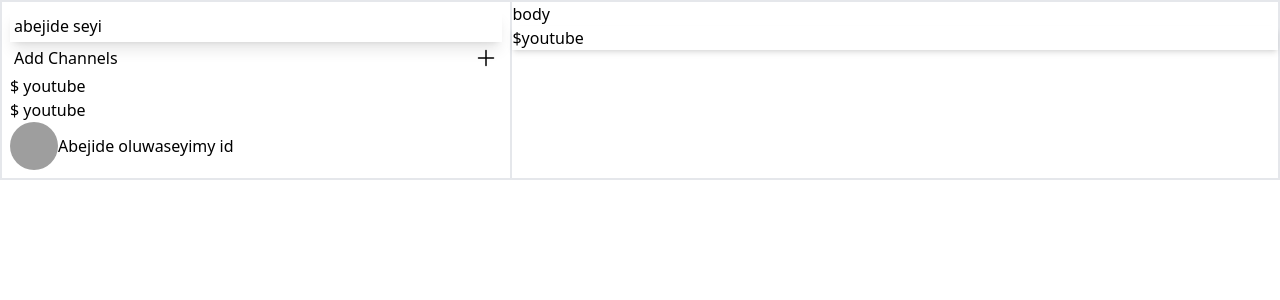
Repository: Semanmernstack/chat-mini
Page: /
These files come from the project's save history. The page is drawn as it stood at one moment and after the next save; the edit follows.
The browser window is 1280 px wide. The pictures show the whole page.
Pictures or frames that could not be fetched are drawn as grey boxes. The project was rebuilt for these pictures with package versions that can differ from the ones it lists, and the page was loaded fresh each time. Also part of the build but not shown: src/features/counter/Counter.module.css, src/features/counter/Counter.js.

Above is the page before, as saved 2022-11-14 06:38:17.

### src/App.js
import React from 'react';
import logo from './logo.svg';
import { Counter } from './features/counter/Counter';
import Sidebar from './Sidebar';
import Body from './Body';


function App() {
  return (

    <div className="flex     max-w-screen-xl mx-auto border-2">


      <div className=" flex-[0.4]">
        <Sidebar/>
      </div>
      <div className=" flex-[0.6]">
        <Body/>
      </div>
    </div>
  );
}

export default App;

### src/features/counter/counterSlice.js
import { createAsyncThunk, createSlice } from '@reduxjs/toolkit';
import { fetchCount } from './counterAPI';

const initialState = {
  value: 0,
  status: 'idle',
};

// The function below is called a thunk and allows us to perform async logic. It
// can be dispatched like a regular action: `dispatch(incrementAsync(10))`. This
// will call the thunk with the `dispatch` function as the first argument. Async
// code can then be executed and other actions can be dispatched. Thunks are
// typically used to make async requests.
export const incrementAsync = createAsyncThunk(
  'counter/fetchCount',
  async (amount) => {
    const response = await fetchCount(amount);
    // The value we return becomes the `fulfilled` action payload
    return response.data;
  }
);

export const counterSlice = createSlice({
  name: 'counter',
  initialState,
  // The `reducers` field lets us define reducers and generate associated actions
  reducers: {
    increment: (state) => {
      // Redux Toolkit allows us to write "mutating" logic in reducers. It
      // doesn't actually mutate the state because it uses the Immer library,
      // which detects changes to a "draft state" and produces a brand new
      // immutable state based off those changes
      state.value += 1;
    },
    decrement: (state) => {
      state.value -= 1;
    },
    // Use the PayloadAction type to declare the contents of `action.payload`
    incrementByAmount: (state, action) => {
      state.value += action.payload;
    },
  },
  // The `extraReducers` field lets the slice handle actions defined elsewhere,
  // including actions generated by createAsyncThunk or in other slices.
  extraReducers: (builder) => {
    builder
      .addCase(incrementAsync.pending, (state) => {
        state.status = 'loading';
      })
      .addCase(incrementAsync.fulfilled, (state, action) => {
        state.status = 'idle';
        state.value += action.payload;
      });
  },
});

export const { increment, decrement, incrementByAmount } = counterSlice.actions;

// The function below is called a selector and allows us to select a value from
// the state. Selectors can also be defined inline where they're used instead of
// in the slice file. For example: `useSelector((state: RootState) => state.counter.value)`
export const selectCount = (state) => state.counter.value;

// We can also write thunks by hand, which may contain both sync and async logic.
// Here's an example of conditionally dispatching actions based on current state.
export const incrementIfOdd = (amount) => (dispatch, getState) => {
  const currentValue = selectCount(getState());
  if (currentValue % 2 === 1) {
    dispatch(incrementByAmount(amount));
  }
};

export default counterSlice.reducer;

### src/Sidebar.js
import React from 'react'
import Sidebarlist from './app/Sidebarlist'

function Sidebar() {
  return (
    <div className="flex flex-col   border-r-2 p-2 ">
        <div   >
        <div className="shadow-lg p-1">
            <h1>abejide seyi</h1>
        </div>
        <div  className="flex p-1  flex-1  items-center justify-between">
           <h1>Add Channels</h1>
           <svg xmlns="http://www.w3.org/2000/svg" fill="none" viewBox="0 0 24 24" strokeWidth={1.5} stroke="currentColor" className="w-6 h-6">
                <path strokeLinecap="round" strokeLinejoin="round" d="M12 4.5v15m7.5-7.5h-15" />
            </svg>
        </div>
        <div  >
        <Sidebarlist/>
        <Sidebarlist/>


        </div>
        <div className=" flex items-center sp">
            <img className="h-12 w-12 rounded-full"   src="https://cdn.pixabay.com/photo/2022/10/17/15/55/meditate-7528123__340.jpg" alt="img" />
            <h3>Abejide oluwaseyi</h3>
            <span>my id</span>
        </div>

        </div>


    </div>
  )
}

export default Sidebar

### src/Body.js
import React from 'react'
import BodyHeader from './BodyHeader'

function Body() {
  return (
    <div className="flex flex-col ">
        <h1>body</h1>
        <BodyHeader/>
    </div>
  )
}

export default Body

### src/app/Sidebarlist.js
import React from 'react'

function Sidebarlist() {
  return (
    <div className="flex items-center justify-between">
        <h2>
         $   <span>youtube</span>
        </h2>
    </div>
  )
}

export default Sidebarlist

### src/BodyHeader.js
import React from 'react'

function BodyHeader() {
  return (
    <div>
        <div className="shadow-md">
            <h1 >$youtube</h1>

        </div>
    </div>
  )
}

export default BodyHeader

Loaded but not shown: public/index.html (common file); src/index.js (common file); src/app/store.js (common file); src/reportWebVitals.js (common file); src/index.css (common file); src/features/counter/counterAPI.js (common file); tailwind.config.js (common file)

After the next save:
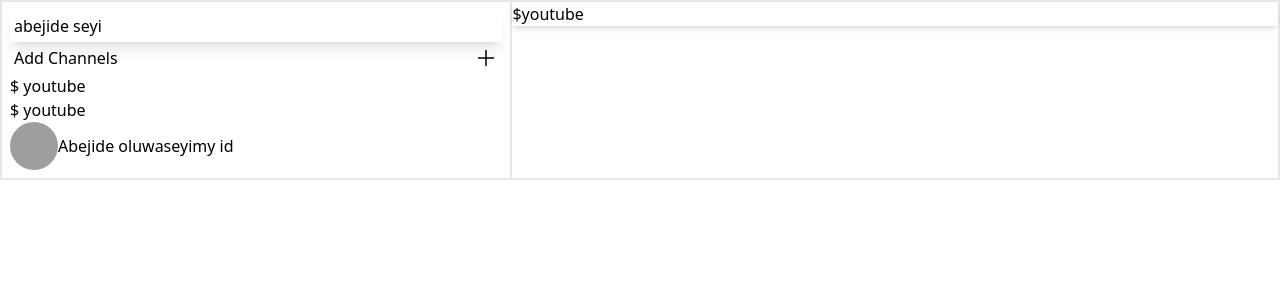
Saved 16 s later.
--- a/src/Body.js
+++ b/src/Body.js
@@ -4,7 +4,7 @@ import BodyHeader from './BodyHeader'
 function Body() {
   return (
     <div className="flex flex-col ">
-        <h1>body</h1>
+
         <BodyHeader/>
     </div>
   )
